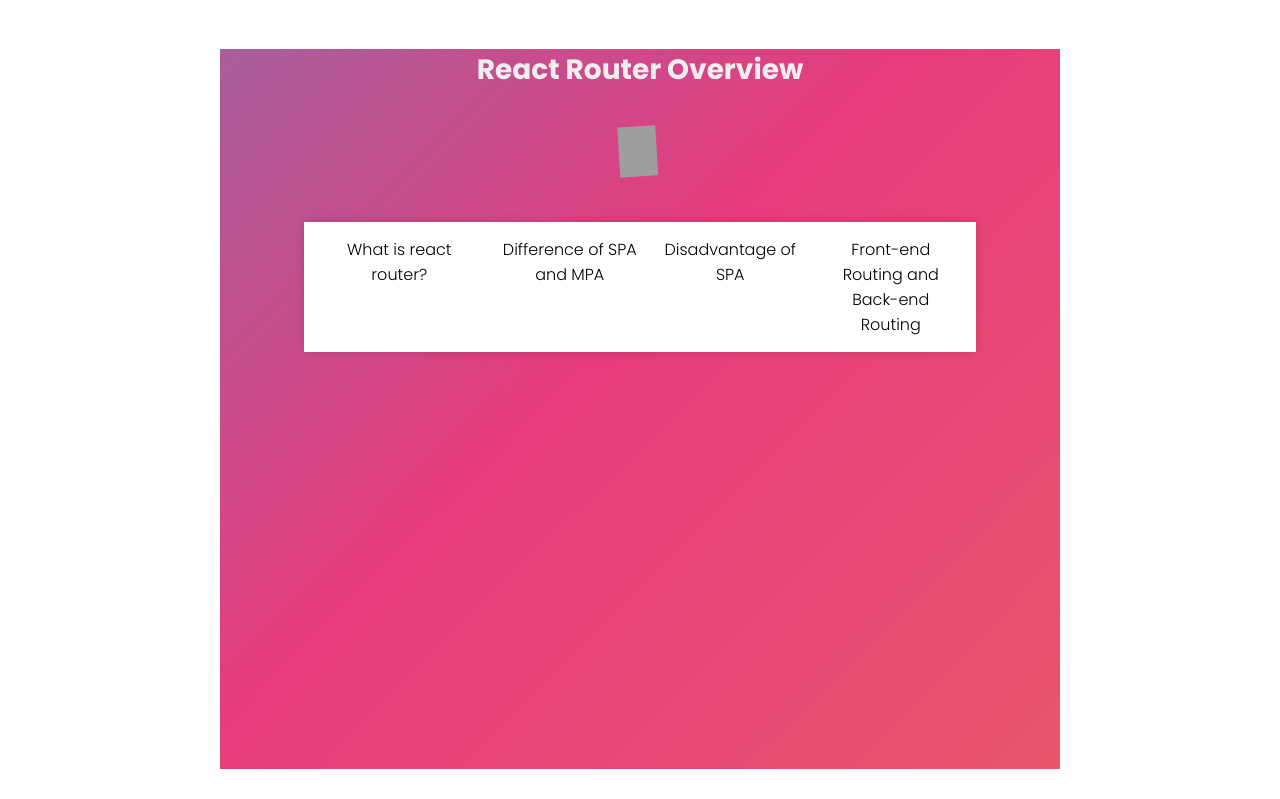
Repository: nguy3nds/2021-18-9-react
Page: /Why
The author's editor kept a copy of each file at every save. The page is drawn from the files as they stood at one save, then again after the next save.
The browser window is 1280 px wide. The pictures show the whole page.
Pictures or frames that could not be fetched are drawn as grey boxes. The project was rebuilt for these pictures with package versions that can differ from the ones it lists, and the page was loaded fresh each time. Also part of the build but not shown: src/components/What.js, src/components/Why.js, src/components/How.js, src/components/Tung.js.

Above is the page before, as saved 2021-09-20 08:43:53.

### src/App.js
import React from "react";
import { BrowserRouter as Router, Switch, Route, Link } from "react-router-dom";
import "./App.css";
import What from "./components/What.js";
import How from "./components/Why";
import Why from "./components/How";
import Tung from "./components/Tung";

import styled, { keyframes } from "styled-components";
const logo =
  "https://lh6.googleusercontent.com/m9VlRb9FHZcqWTBz0msD2FZGpSQs84aAOwwniApLbL1oZWSDJsg4opq2uc81QzPWDtx5QJ2DeO12CFeol6vqJXcSOyp10LGoOW3K_wXIp3UDuQt1XhXE5KeUC8Epkj2hO51asKYe";

export default function App() {
  return (
    <Router>
      <DivContainer>
        <h1>React Router Overview</h1>
        <Rotate>
          <img
            src={logo}
            className="App-logo"
            alt="logo"
            style={{ width: "50px" }}
          />
        </Rotate>
        <nav>
          <ul className="menu">
            <li className="menu-item has-child">
              <Link to="/Nguyen">What is react router?</Link>
            </li>
            <li className="menu-item has-child">
              <Link to="/Mai">Difference of SPA and MPA</Link>
            </li>
            <li className="menu-item has-child">
              <Link to="/Nam">Disadvantage of SPA</Link>
            </li>
            <li className="menu-item has-child">
              <Link to="/Tung">Front-end Routing and Back-end Routing</Link>
            </li>
          </ul>
        </nav>

        <Switch>
          <Route path="/Nguyen">
            <What />
          </Route>
          <Route path="/Mai">
            <Why />
          </Route>
          <Route path="/Nam">
            <How />
          </Route>
          <Route path="/Tung">
            <Tung />
          </Route>
        </Switch>
      </DivContainer>
    </Router>
  );
}

const gradient = keyframes`
	0% {
		background-position: 0% 50%;
	}
	50% {
		background-position: 100% 50%;
	}
	100% {
		background-position: 0% 50%;
	}
`;

const DivContainer = styled.div`
  margin: 0 auto;
  padding-top: 0;
  text-align: center;
  min-height: 100vh;
  color: #eee;
  background: linear-gradient(-45deg, #ee7752, #e73c7e, #23a6d5, #23d5ab);
  background-size: 400% 400%;
  animation: ${gradient} 15s ease infinite;
  padding-bottom: 100px;
`;

const rotate360 = keyframes`
  from {
    transform: rotate(0deg);
  }

  to {
    transform: rotate(360deg);
  }
`;

const Rotate = styled.div`
  display: inline-block;
  animation: ${rotate360} 2s linear infinite;
  padding: 2rem 1rem;
  font-size: 1.2rem;
`;

### src/App.css
@import url("https://fonts.googleapis.com/css2?family=Poppins:wght@300;400;600;700&display=swap");
:root {
  --primary: #08aeea;
  --secondary: #13d2b8;
  --purple: #bd93f9;
  --pink: #ff6bcb;
  --blue: #8be9fd;
  --gray: #333;
  --font: "Poppins", sans-serif;
  --gradient: linear-gradient(40deg, #ff6ec4, #7873f5);
  --shadow: 0 0 15px 0 rgba(0, 0, 0, 0.05);
}
*,
*:before,
*:after {
  box-sizing: border-box;
}
html {
  font-size: 62.5%;
  text-align: center;
}

body {
  font-family: var(--font);
  font-size: 1.4rem;
  overflow-x: hidden;
  font-weight: 300;
  width: 900px;
  margin: 0 auto;
  padding: 30px;
}

img {
  max-width: 100%;
}

a {
  text-decoration: none;
  font-family: var(--font);
  font-size: 1.6rem;
  color: black;
}

input,
button,
textarea,
select {
  font-family: var(--font);
  font-size: 1.4rem;
  font-weight: 300;
  outline: none;
  border: 0;
  margin: 0;
  padding: 0;
  border-radius: 0;
  -webkit-appearance: none;
}

button {
  cursor: pointer;
}

.menu {
  position: relative;
  max-width: 800px;
  margin: 30px auto;
  display: grid;
  grid-template-columns: 1fr 1fr 1fr 1fr;
  justify-content: center;
  background-color: white;
  padding: 1.5rem;
  box-shadow: 0 0 10px -2px rgba(0, 0, 0, 0.25);
}

.menu-link {
  font-size: 1.4rem;
  color: #918eae;
  display: block;
}
.menu-link:hover {
  color: #202842;
}

.menu-child-link {
  display: flex;
  align-items: center;
  justify-content: space-between;
  padding: 1.5rem;
  color: #918eae;
}
.menu-child-item {
  position: relative;
}
.menu-child-link:hover {
  color: #202842;
}

.menu-toggle {
  display: none;
}
.nav {
  position: relative;
}
.arrow-right {
  display: none;
}
@media screen and (min-width: 1024px) {
  .arrow-down {
    display: none;
  }
  .arrow-right {
    display: block;
  }
  .menu-item:not(:first-child) {
    margin-left: 2rem;
  }
  .menu-child {
    position: absolute;
    top: 100%;
    left: 0;
    margin-top: 1rem;
    min-width: 20rem;
    background-color: white;
    box-shadow: var(--shadow);
    display: none;
  }
  .menu-child:before {
    content: "";
    position: absolute;
    top: 0;
    left: 0;
    width: 100%;
    height: 1rem;
    background-color: transparent;
    transform: translateY(-100%);
  }
  .menu-child1 {
    top: 0;
    left: 100%;
    margin-top: 0;
  }
  .menu-item.has-child:hover > .menu-child {
    display: block;
  }
  .menu-child-item.has-child:hover > .menu-child {
    display: block;
  }
}

ul {
  padding: 0;
  width: 80%;
  margin: 0 auto;
}

ul li {
  list-style: none;
  padding: 0;
}
@media screen and (max-width: 1023px) {
  .menu {
    position: absolute;
    right: 0;
    top: 100%;
    min-width: 20rem;
    background-color: white;
    box-shadow: var(--shadow);
    flex-direction: column;
    display: none;
    z-index: 100;
  }
  .menu.show,
  .menu-child.show {
    display: block;
  }
  .menu-item:not(:last-child) {
    border-bottom: 1px solid #eee;
  }
  .menu-link {
    padding: 1.5rem;
    display: flex;
    justify-content: space-between;
    align-items: center;
  }
  .menu-child {
    display: none;
    background-color: #f6f6f6;
  }
  .menu-child1 {
    background-color: #eee;
  }
  .menu-toggle {
    width: max-content;
    font-size: 2rem;
    display: block;
    margin-left: auto;
    cursor: pointer;
  }
}

Loaded but not shown: public/index.html (common file); src/index.js (common file); src/index.css (common file); src/reportWebVitals.js (common file)

After the next save:
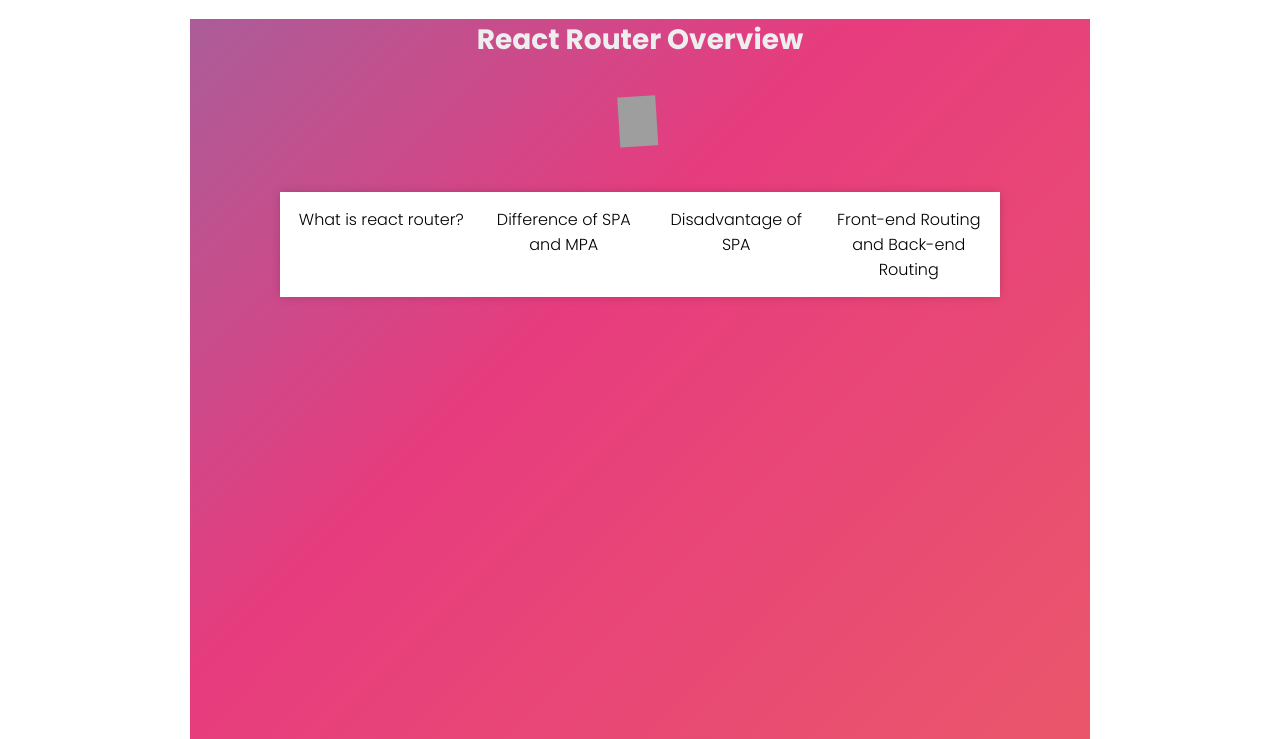
Saved 34 s later.
--- a/src/App.css
+++ b/src/App.css
@@ -27,7 +27,6 @@ body {
   font-weight: 300;
   width: 900px;
   margin: 0 auto;
-  padding: 30px;
 }
 
 img {
